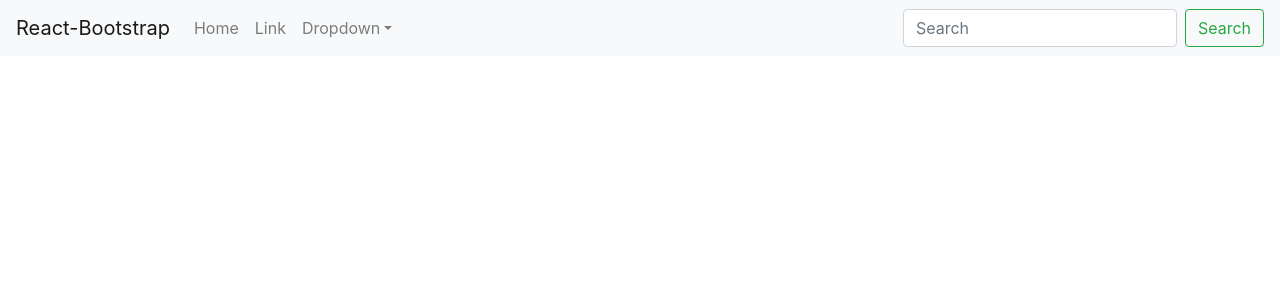
Repository: lalji-yadav/Nimapinfotech-demo-project
Page: /
An editor plug-in stored every save of this project. The page is shown before and after the next save, followed by the edit.
The browser window is 1280 px wide. The pictures show the whole page.
The project was rebuilt for these pictures with package versions that can differ from the ones it lists, and the page was loaded fresh each time. Also part of the build but not shown: src/App.css.

Above is the page before, as saved 2021-01-16 16:46:40.

After the next save:
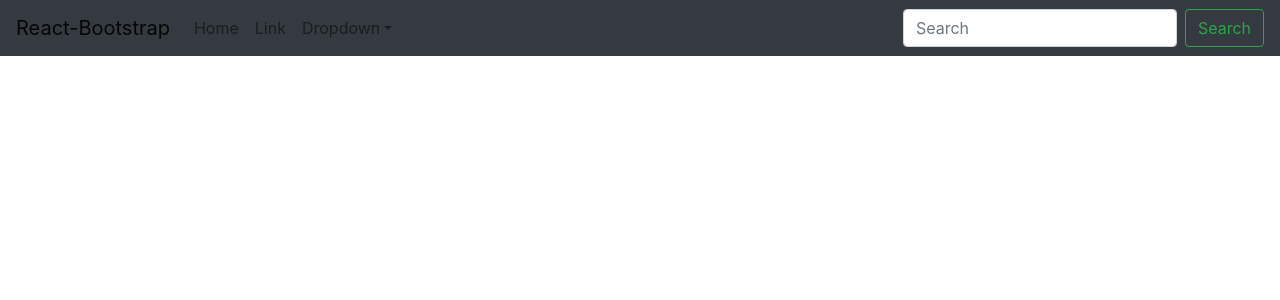
Saved 48 s later.
--- a/src/components/Navbars.js
+++ b/src/components/Navbars.js
@@ -5,7 +5,7 @@ const Navbars=()=> {
         return (
             <div>
 
-<Navbar bg="light" expand="lg">
+<Navbar bg="dark" expand="lg">
   <Navbar.Brand href="#home">React-Bootstrap</Navbar.Brand>
   <Navbar.Toggle aria-controls="basic-navbar-nav" />
   <Navbar.Collapse id="basic-navbar-nav">
